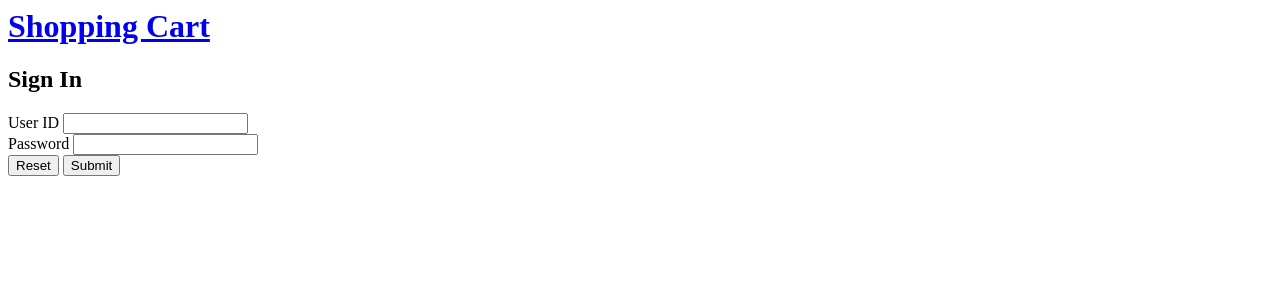
Repository: AravindMarshall/ShoppingCart
Page: http://localhost/Phineas/Login.jsp
An editor plug-in stored every save of this project. The page is shown before and after the next save, followed by the edit.
The browser window is 1280 px wide. The pictures show the whole page.
The page is served by Tomcat 9.

Above is the page before, as saved 2016-06-09 08:47:37.

After the next save:
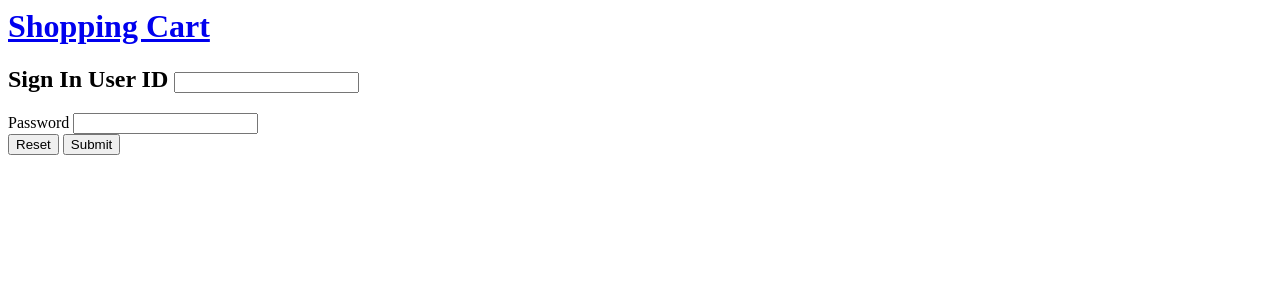
Saved 58 s later.
--- a/NIIT Shopping Cart/Phineas/WebContent/Login.jsp
+++ b/NIIT Shopping Cart/Phineas/WebContent/Login.jsp
@@ -18,7 +18,7 @@
 
 <div class= "Login">
 <div class="container">
-  <h2>Sign In</h2>
+  <h2>Sign In
   <label for "Name">User ID</label>
 <input type = "text" class="userId" Id = "Name">
 </div>
@@ -28,6 +28,7 @@
 </div>
 <button type="Reset" class="btn btn-danger">Reset</button>
 <button type="submit" class="btn btn-default">Submit</button>
+</h2>
 </div>
 </div>
 </form>

After the save that followed:
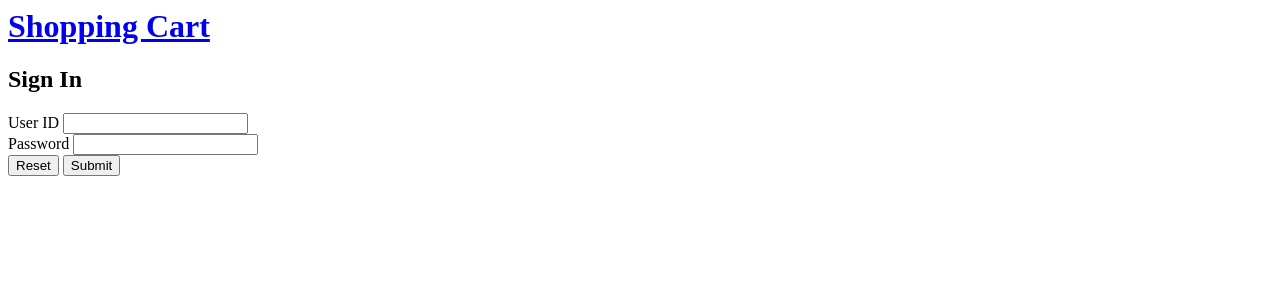
Saved 52 s later.
--- a/NIIT Shopping Cart/Phineas/WebContent/Login.jsp
+++ b/NIIT Shopping Cart/Phineas/WebContent/Login.jsp
@@ -18,7 +18,7 @@
 
 <div class= "Login">
 <div class="container">
-  <h2>Sign In
+  <h2>Sign In </h2>
   <label for "Name">User ID</label>
 <input type = "text" class="userId" Id = "Name">
 </div>
@@ -28,7 +28,6 @@
 </div>
 <button type="Reset" class="btn btn-danger">Reset</button>
 <button type="submit" class="btn btn-default">Submit</button>
-</h2>
 </div>
 </div>
 </form>
